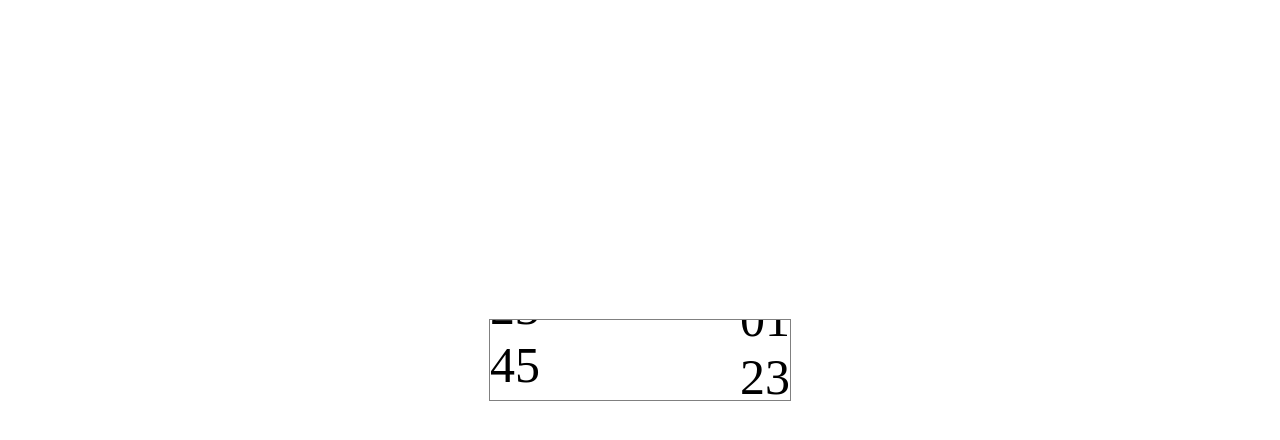
Repository: cbtpro/javascript
Page: src/animation-time/index.html
An editor plug-in stored every save of this project. The page is shown before and after the next save, followed by the edit.
The browser window is 1280 px wide. The pictures show the whole page.

Above is the page before, as saved 2023-04-05 17:24:35.

### src/animation-time/index.html
<!DOCTYPE html>
<html lang="zh" dir="ltr">

<head>
  <meta charset="utf-8">
  <title>动画时间</title>
  <style type="text/css">
    * {
      margin: 0;
      padding: 0;
    }
    html,
    body {
      margin: 0;
    }

    .container {
      position: absolute;
      top: 50%;
      left: 50%;
      width: 300px;
      height: 80px;
      transform: translate(-50%, -50%);
      border: 1px gray solid;
      overflow: hidden;
    }

    .time-block {
      float: left;
      position: relative;
      font-size: 50px;
      width: 1em;
      text-align: center;
      word-wrap: break-word;
      transition: top 0.5s;
    }
  </style>
  <script type="text/javascript">
    /**
    * 生成安全随机数
    * @param {*} min 最小值（包含）
    * @param {*} max 最大值（包含）
    * @param {*} isFloat 是否带小数
    * @returns {number} 范围内随机数
    */
    const random = function (min = 0, max = 100, isFloat = false) {
      const array = new Uint32Array(1)
      const maxUint = 0xffffffff
      const randomNumber = crypto.getRandomValues(array)[0] / maxUint
      const randomRangeValue = (max - min + 1) * randomNumber + min
      return isFloat ? randomRangeValue : Math.floor(randomRangeValue)
    }
    // window.onload = () => {
    //   let timeBlocks = document.querySelectorAll('.time-block')
    //   setInterval(() => {
    //     let now = new Date()
    //     let timeStr = `${now.getHours()}${now.getMinutes()}${now.getSeconds()}`
    //     Array.from(timeStr, (num, i) => {
    //       let n = Number(num);
    //       timeBlocks.item(i).style.top = -83 * n + 'px';
    //     })
    //   }, 1000)
    // }
    const tick = (timeBlocks) => {
      let now = new Date()
      let timeStr = `${now.getHours()}${now.getMinutes()}${now.getSeconds()}`
      console.log(timeStr);
      Array.from(timeStr, (num, i) => {
        let n = Number(num);
        timeBlocks.item(i).style.top = -2 * n + 'em';
      })
    }
    const start = () => {
      let timeBlocks = document.querySelectorAll('.time-block')
      window.setTimeout(() => {
        tick(timeBlocks);
        start();
      }, 1000)
    };
    window.onload = () => {
      start();
    }
  </script>
</head>

<body>
  <div class="container">
    <div class="time-block">0123456789</div>
    <div class="time-block">0123456789</div>
    <div class="time-block">0123456789</div>
    <div class="time-block">0123456789</div>
    <div class="time-block">0123456789</div>
    <div class="time-block">0123456789</div>
  </div>
</body>

</html>

After the next save:
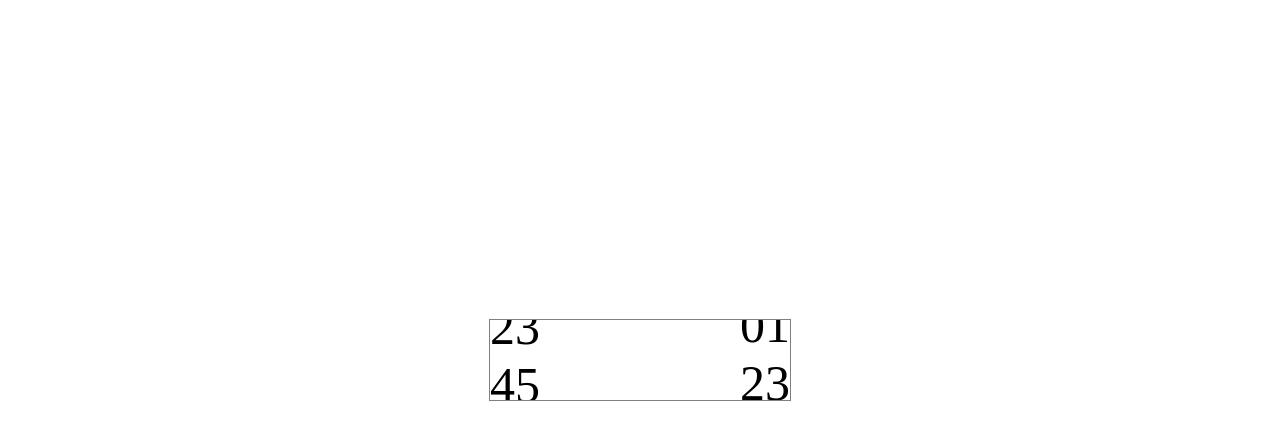
Saved 20 s later.
--- a/src/animation-time/index.html
+++ b/src/animation-time/index.html
@@ -67,7 +67,7 @@
       console.log(timeStr);
       Array.from(timeStr, (num, i) => {
         let n = Number(num);
-        timeBlocks.item(i).style.top = -2 * n + 'em';
+        timeBlocks.item(i).style.top = -80 * n + 'px';
       })
     }
     const start = () => {
